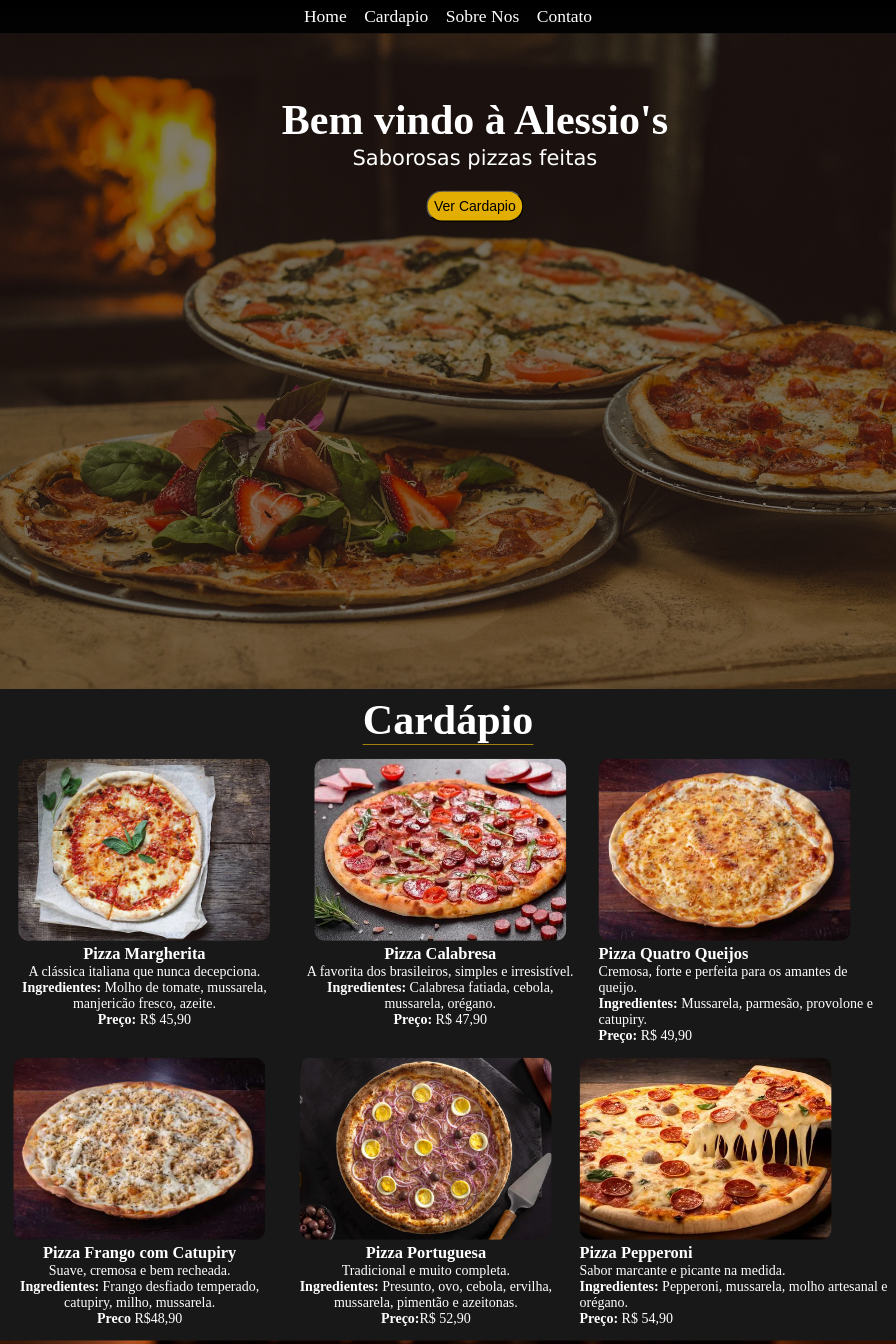
Repository: Mateushlp/landing-page-pizza
Page: index.html
The author's editor kept a copy of each file at every save. The page is drawn from the files as they stood at one save, then again after a run of saves.
The browser window is 1280 px wide. The pictures show the part of the page from y = 0 to 1920 px (the page is 2788 px tall), at 70% of full size.
The pointer rests on the first visible `.btn1`.

Above is the page before, as saved 2026-05-03 11:12:08.

### index.html
<!DOCTYPE html>
<html lang="en">
<head>
    <meta charset="UTF-8">
    <meta name="viewport" content="width=device-width, initial-scale=1.0">
    <link rel="stylesheet" href="style.css">
    <title>Document</title>
</head>
<body>
    <header>
        <nav>
            <ul>
                <li> <a href="http://"> Home</li></a>
                <li> <a href="http://">Cardapio</li></a>
                <li> <a href="http://">Sobre Nos</li></a>
                <li> <a href="http://">Contato</li></a>
            </ul>
        </nav>
    </header>

    <section class="inicio">
        <div class="texto">
        <h1>Bem vindo à Alessio's</h1>
        <p>Saborosas pizzas feitas </p>
        <button class="btn1">Ver Cardapio</button>
        </div>
    </section>

    <section class="cardapio">
        <h2 class="cardapio1">Cardápio</h2>
    </section>

    <div class="prato">
        <div class="pratos1">
            <img src="./img/margherita-pizza.jpg" alt="">
            <h3>Pizza Margherita</h3>
            <p> A clássica italiana que nunca decepciona. <br>
          <strong>Ingredientes:</strong>  Molho de tomate, mussarela, manjericão fresco, azeite. <br>
        <strong>Preço:</strong> R$ 45,90
    </p>
        </div>
            <div class="pratos2">
                <img src="./img/3140217-pizza-calabresa.jpg" alt="">
                <h3>Pizza Calabresa</h3>
                <p>A favorita dos brasileiros, simples e irresistível. <br>
                <strong>Ingredientes:</strong> Calabresa fatiada, cebola, mussarela, orégano. <br>
                    <strong>Preço:</strong> R$ 47,90
            </p>
            </div>
                <div class="pratos3">
                    <img src="./img/Quatro-Queijos.jpg" alt="">
                    <h3>Pizza Quatro Queijos</h3>
                    <p>Cremosa, forte e perfeita para os amantes de queijo. <br>
                    <strong>Ingredientes:</strong>  Mussarela, parmesão, provolone e catupiry. <br>
                        <strong>Preço: </strong>R$ 49,90
                </p>
                </div>
                </div>

                <div class="prato2">
                <div class="pratos1">
                    <img src="./img/Frango-com-Catupiry-2.jpg" alt="">
                    <h3>Pizza Frango com Catupiry</h3>
                    <p>Suave, cremosa e bem recheada. <br>
                   <strong>Ingredientes:</strong> Frango desfiado temperado, catupiry, milho, mussarela. <br>
                   <strong>Preco </strong> R$48,90
                </p>
                </div>
                <div class="pratos2">
                    <img src="./img/pizza-portuguesa.jpg" alt="">
                    <h3>Pizza Portuguesa</h3>
                    <p>Tradicional e muito completa. <br>
                   <strong>Ingredientes:</strong>  Presunto, ovo, cebola, ervilha, mussarela, pimentão e azeitonas. <br>
                    <strong>Preço:</strong>R$ 52,90
                </p>
                </div>
                <div class="pratos3">
                    <img src="./img/the-pepperoni-pizza-and-a-piece-of-streched-cheese-pizza-with-ai-generated-free-photo.jpg" alt="">
                    <h3>Pizza Pepperoni</h3>
                    <p>Sabor marcante e picante na medida. <br>
                  <strong>Ingredientes:</strong>   Pepperoni, mussarela, molho artesanal e orégano. <br>
                <strong>Preço:</strong> R$ 54,90</p>

                </div>
                </div>
                </div>




    <section class="sobre">
        <div class="sobre1">
        <h2>Sobre nos</h2>
        <p>Nossa pizzaria e dedicada a criar as melhores pizzas do mundo com ingrendientes frescos e receitas exclusivas</p>
    </div>
    </section>

<section id="contato" class="contato">
    <h2>Contato</h2>

    <div class="contato-info">
        <div class="box">
            <h3>Telefone</h3>
            <p>(35) 99744-0140</p>
        </div>

        <div class="box">
            <h3>Endereço</h3>
            <p>Rua Tal Tal, Nº 123 , Centro , Lavras/MG</p>
        </div>

        <div class="box">
            <h3>Email</h3>
            <p>mateus@gmail.com</p>
        </div>
            <div class="box">
                <h3>Hórario de Funcionamento</h3>
                <p>Segunda a Sábado 11h00 às 23h00 - Domingo: 16h00 às 23H00</p>
            </div>
    </div>
</section>
        <div class="pedir">
        <button class="btn2">Peca Agora Mesmo!</button>
        </div>


    <footer>
        <h2>&copy; 2025 Alessio's Pizzaria</h2>
    </footer>

</body>
</html>

### style.css
*{
    margin:0;
    padding: 0;
    box-sizing: border-box;
}
body{
    background-color: #181818;

}

nav ul {
    display: flex;
    gap: 25px;
    list-style: none;
    justify-content: center;
    font-size: 25px;
    padding: 10px;
     background: linear-gradient(to bottom, rgb(00, 0, 0), rgba(0,0,0,0.9));
}

nav ul a{
    text-decoration: none;
    color: #fff;
    margin-top: 10px;
}

nav ul a:hover{
    border-radius: 20px;
    background-color: #00000;
    color: #af8600;
}

.inicio{
     background:
        linear-gradient(rgba(0,0,0,0.5), rgba(0,0,0,0.5)),
        url(./img/background-meio.jpg);
    background-size: cover;
    background-position: center;
    height: 130vh;
}

.texto{
    display: flex;
    flex-direction: column;
    align-items: center;
    color: #fff;
    padding-top: 7%;
    padding-left: 6%;
    font-size: 40px;
}
.texto p{
    font-family: 'Lucida Sans', 'Lucida Sans Regular', 'Lucida Grande', 'Lucida Sans Unicode', Geneva, Verdana, sans-serif;
    font-size: 30px;

}
.btn1{
 background-color: #e2ae01;
 border-radius: 30px;
 font-size: 20px;
 margin-top: 30px;
 padding: 9px;
 cursor:pointer;
}
.btn1:hover{
background-color:
}
.cardapio{
    text-align: center;
    padding: 10px;
    font-size: 40px;
    color:#fff;
}
.cardapio1{
    display: inline-block;
    border-bottom: 1px solid #e2ae01;
}
.prato{
    margin: 10px;
    display: flex;
    gap: 30px;
    font-size: 20px;
    margin-bottom: 20px;
    color:#fff;
}

.prato2{
    margin: 10px;
    display: flex;
    gap: 30px;
    font-size: 20px;
    margin-bottom: 20px;
    color:#fff;
}


.prato img,
.prato2 img {
    width: 50vh;
    height: 260px;
    object-fit: cover;
    border-radius: 15px;
}
.pratos1,
.pratos2 {
    width: 35%;
    text-align: center;
}

.sobre{
    background-image: url(./img/background.jpg);
    background-size: cover;
    background-position: center;
    height: 50vh;
}
.sobre1{
    display: flex;
    align-items: center;
    padding-top: 40px;
    font-size: 30px;
    flex-direction: column;
    color: #fff;
}
.sobre1 p{
    font-size: 20px;
    color:#fff;
}

.contato {
    padding: 50px 0;
    text-align: center;
    color:#fff;
}

.contato-info {
    display: flex;
    justify-content: center;
    gap: 60px;
    margin-top: 20px;
    flex-wrap: wrap;
    color:#fff;
}

.contato-info .box {

    padding: 20px 30px;
    border-radius: 15px;
    color:#fff;

}

.contato-info h3 {
    font-size: 24px;
    color: #af8600;

}

.contato-info p {
    font-size: 18px;
    color:#fff;
}

.pedir{
    display: flex;
    justify-content: center;
    align-items: center;
    text-align: center;
}
.btn2{
     background-color: #e2ae01;
 border-radius: 30px;
 font-size: 20px;
 margin-bottom: 20px;
 padding: 9px;
 cursor:pointer;

}
footer{
      background-color: #181818;
      color: #d4af37;
  text-align: center;
  padding: 20px;
  font-size: 14px;
}

After the next 6 saves:
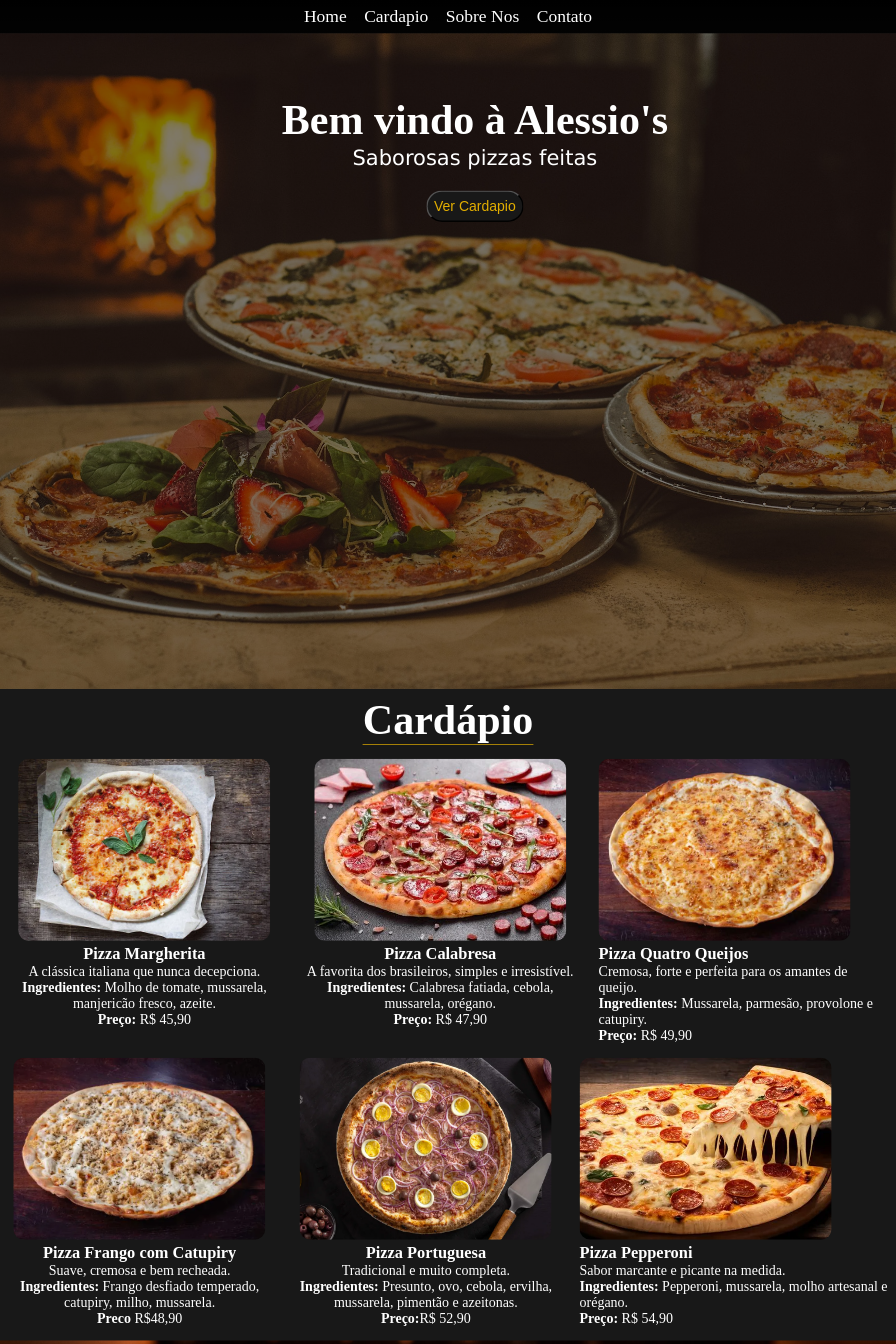
The 6 saves are shown as one change because they came seconds apart.
The last was saved 18 s later.
--- a/style.css
+++ b/style.css
@@ -62,7 +62,8 @@ nav ul a:hover{
  cursor:pointer;
 }
 .btn1:hover{
-background-color:
+background-color:#181818;
+color: #e2ae01;
 }
 .cardapio{
     text-align: center;
